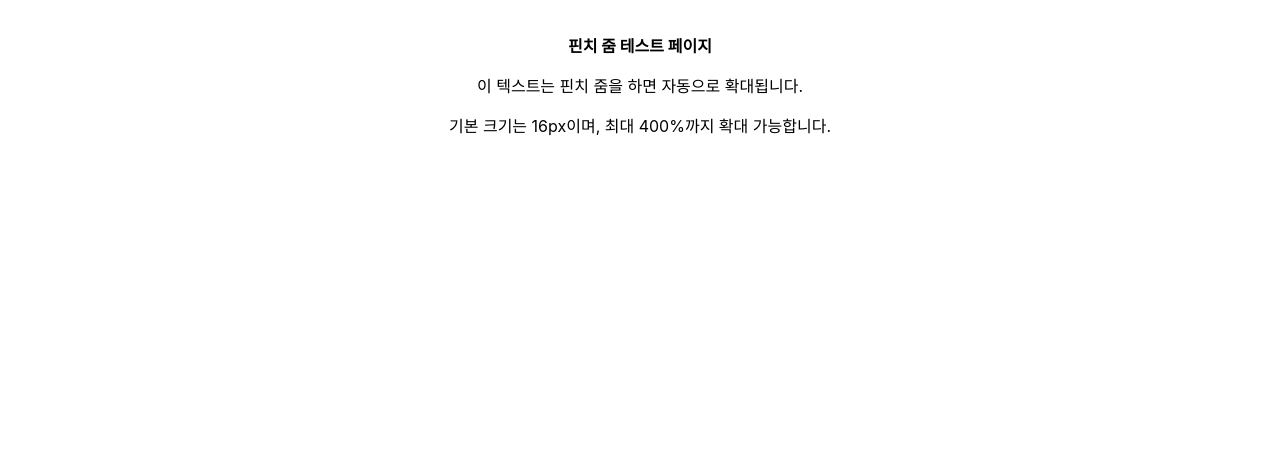
Repository: KIMMIHYE12/stadtklima
Page: /pinchzoom
These files come from the project's save history. The page is drawn as it stood at one moment and after the next save; the edit follows.
The browser window is 1280 px wide. The pictures show the whole page.
The project was rebuilt for these pictures with package versions that can differ from the ones it lists, and the page was loaded fresh each time. Also part of the build but not shown: src/App.css, src/pages/Pages.module.scss, src/pages/Home.jsx, src/components/Sanssouci/Navigation.jsx, src/pages/Sanssouci/Sanssouci.jsx, src/pages/Sanssouci/Sanssouci30.jsx, src/pages/Sanssouci/Sanssouci50.jsx, src/pages/Sanssouci/Sanssouci80.jsx and 5 more.

Above is the page before, as saved 2025-03-18 23:51:15.

After the next save:
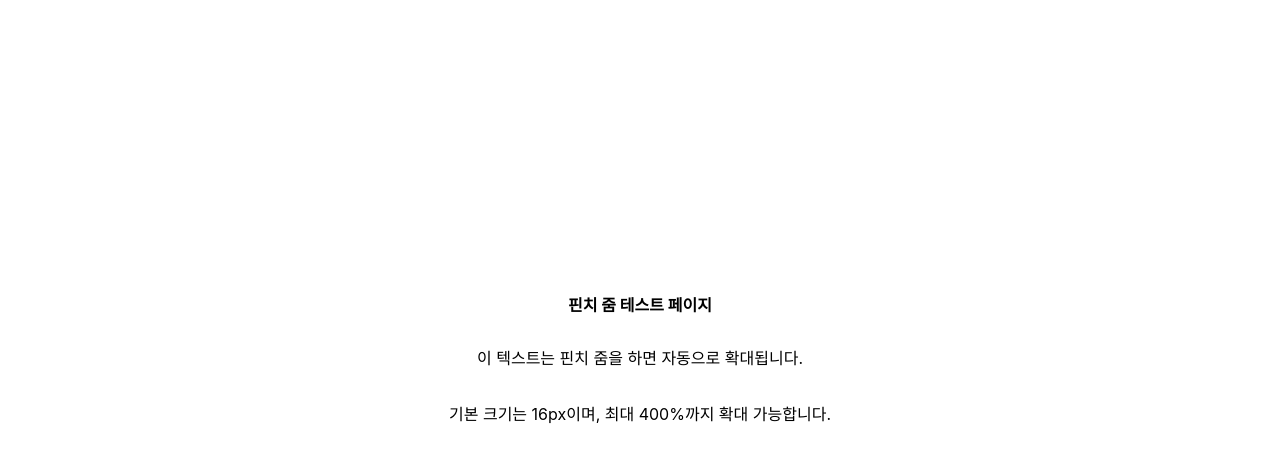
Saved 2 min 47 s later.
--- a/src/pages/Pinchzoom.jsx
+++ b/src/pages/Pinchzoom.jsx
@@ -17,24 +17,44 @@ const Pinchzoom = () => {
   return (
     <div
       style={{
-        maxWidth: "100vw",
-        overflowX: "hidden",
+        width: "100vw",
+        height: "100vh",
+        display: "flex",
+        flexDirection: "column",
+        justifyContent: "center",
+        alignItems: "center",
+        overflow: "hidden", // 스크롤 방지
+        textAlign: "center",
         padding: "20px",
-        textAlign: "center",
+        boxSizing: "border-box",
       }}
     >
       <h2
-        style={{ fontSize: `${fontSize}px`, transition: "font-size 0.2s ease" }}
+        style={{
+          fontSize: `${fontSize}px`,
+          transition: "font-size 0.2s ease",
+          maxWidth: "90%",
+        }}
       >
         핀치 줌 테스트 페이지
       </h2>
       <p
-        style={{ fontSize: `${fontSize}px`, transition: "font-size 0.2s ease" }}
+        style={{
+          fontSize: `${fontSize}px`,
+          transition: "font-size 0.2s ease",
+          maxWidth: "90%",
+          wordWrap: "break-word",
+        }}
       >
         이 텍스트는 핀치 줌을 하면 자동으로 확대됩니다.
       </p>
       <p
-        style={{ fontSize: `${fontSize}px`, transition: "font-size 0.2s ease" }}
+        style={{
+          fontSize: `${fontSize}px`,
+          transition: "font-size 0.2s ease",
+          maxWidth: "90%",
+          wordWrap: "break-word",
+        }}
       >
         기본 크기는 16px이며, 최대 400%까지 확대 가능합니다.
       </p>
